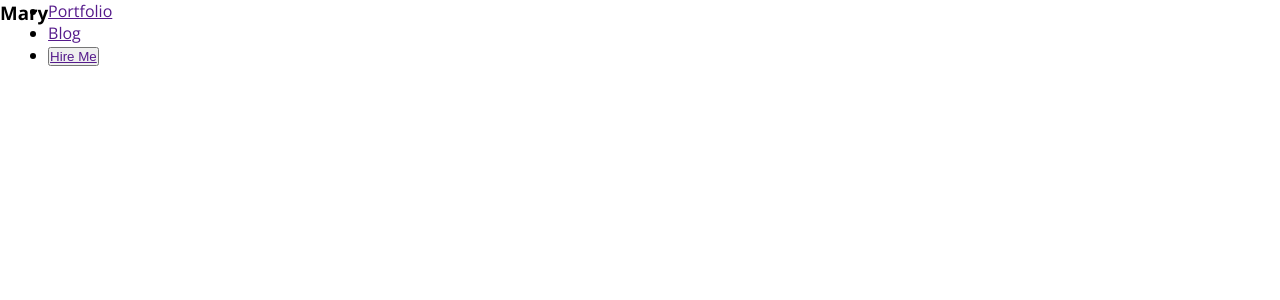
Repository: ShouravAhammed/Simple-Portfolio-Webpage
Page: index.html
An editor plug-in stored every save of this project. The page is shown before and after the next save, followed by the edit.
The browser window is 1280 px wide. The pictures show the whole page.

Above is the page before, as saved 2024-01-05 22:53:26.

### index.html
<!DOCTYPE html>
<html lang="en">
<head>
    <meta charset="UTF-8">
    <meta name="viewport" content="width=device-width, initial-scale=1.0">
    <title>Mary</title>
    <link rel="stylesheet" href="index.css">
</head>
<body>
    <header>
        <nav>
            <h3 class="nav-title">Ma<span>r</span>y</h3>
            <ul>
                <li><a href="">Portfolio</a></li>
                <li><a href="">Blog</a></li>
                <li><button><a href="">Hire Me</a></button></li>
            </ul>
        </nav>
    </header>
    <main>

    </main>
    <footer>

    </footer>
</body>
</html>

### index.css
@import url('https://fonts.googleapis.com/css2?family=Lato:ital,wght@0,100;0,300;0,400;0,700;0,900;1,100;1,300;1,400;1,700;1,900&display=swap');
@import url('https://fonts.googleapis.com/css2?family=Open+Sans:ital,wght@0,300;0,400;0,500;0,600;0,700;0,800;1,300;1,400;1,500;1,600;1,700;1,800&display=swap');
/* google fonts import */
*{
    margin: 0;
    padding: 0;
    outline: 0;
}
body{
    font-family: 'Open Sans', sans-serif;
}
/* nav related style */
nav{
    display: flex;
}
.nav-title{

}

After the next save:
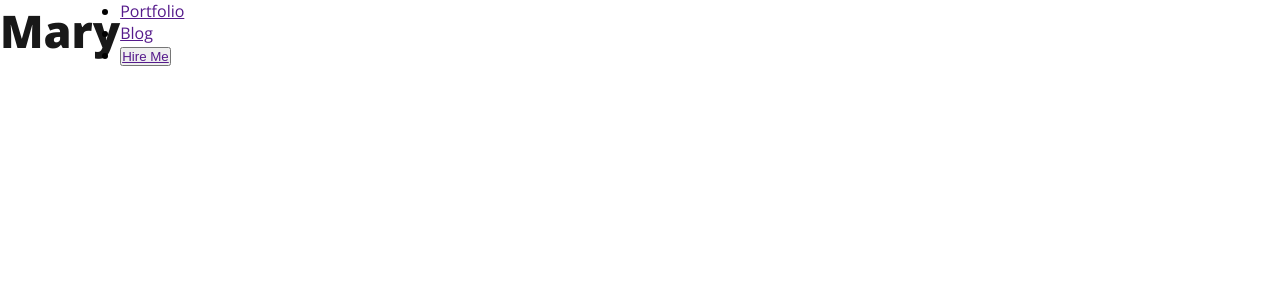
Saved 80 s later.
--- a/index.css
+++ b/index.css
@@ -14,5 +14,10 @@
     display: flex;
 }
 .nav-title{
-
+    color: var(--Dark-01, #181818);
+    font-family: Open Sans;
+    font-size: 45px;
+    font-style: normal;
+    font-weight: 800;
+    line-height: normal;
 }
